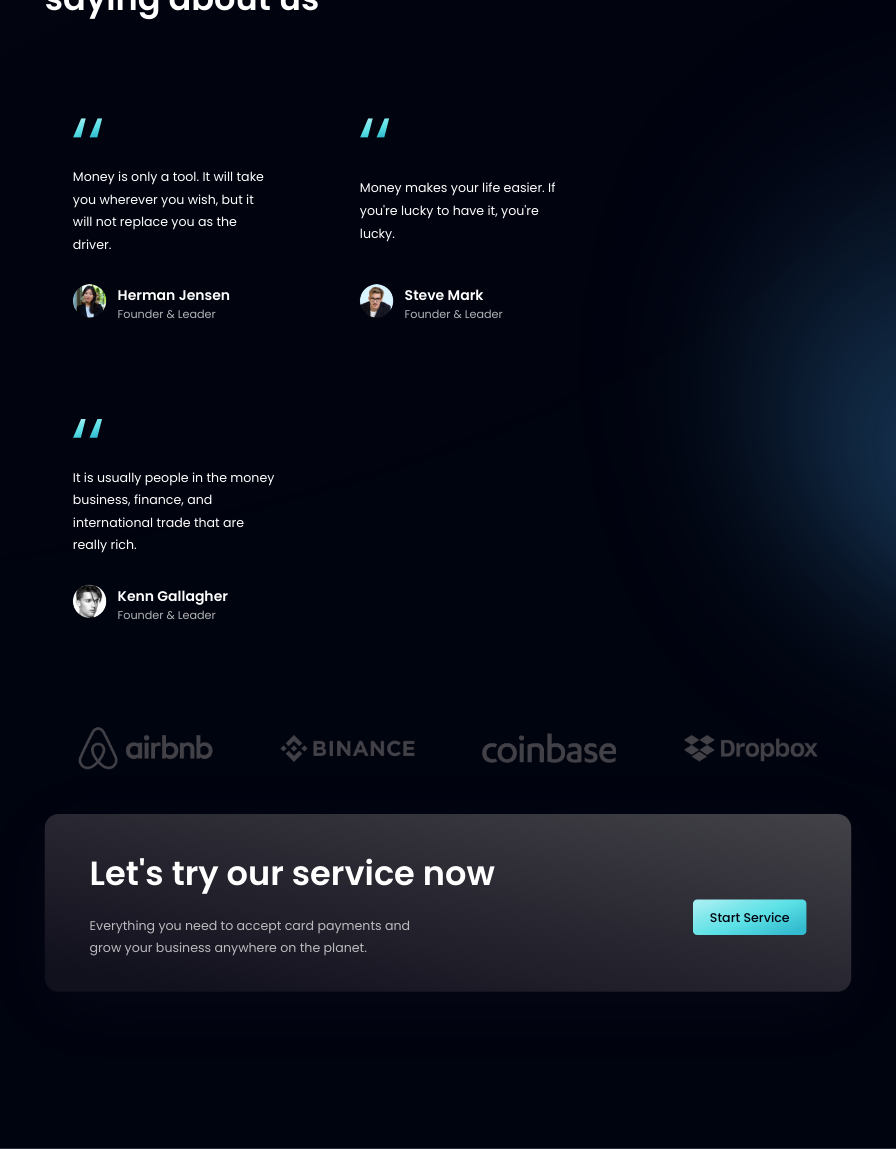
Repository: Carlito-Pedida/modern-app
Page: /
The author's editor kept a copy of each file at every save. The page is drawn from the files as they stood at one save, then again after the next save.
The browser window is 1280 px wide. The pictures show the part of the page from y = 2917 to 4837 px (the page is 4558 px tall before and 4837 px after), at 70% of full size.
The project was rebuilt for these pictures with package versions that can differ from the ones it lists, and the page was loaded fresh each time. Also part of the build but not shown: vite.config.js.

Above is the page before, as saved 2024-11-16 13:15:43.

### src/App.jsx
import styles from "./style";
import {
  Navbar,
  Billing,
  CardDeal,
  Business,
  Clients,
  CTA,
  Stats,
  Footer,
  Testimonials,
  Hero,
} from "./components";

const App = () =>  {
  return (
    <div className="bg-primary w-full overflow-hidden">
      <div className={`${styles.paddingX} ${styles.flexCenter}`}>
        <div className={`${styles.boxWidth} hw-[100%]  rounded fixed top-0 z-10 bg-black-gradient-2`}>
          <Navbar/>
        </div>
      </div>

      <div className={`bg-primary ${styles.flexStart}`}>
        <div className={`${styles.boxWidth}`}>
          <Hero/>
        </div>
      </div>

      <div className={`bg-primary ${styles.paddingX} ${styles.flexStart}`}>
        <div className={`${styles.boxWidth}`}>
          <Stats/>
          <Business/>
          <Billing/>
          <CardDeal/>
          <Testimonials/>
          <Clients/>
          <CTA/>
          <Footer/>
        </div>
      </div>

    </div>
  )
}

export default App

### src/style.js
const styles = {
  boxWidth: "xl:max-w-[1280px] w-full",

  heading2: "font-poppins font-semibold xs:text-[48px] text-[40px] text-white xs:leading-[76.8px] leading-[66.8px] w-full",
  paragraph: "font-poppins font-normal text-dimWhite text-[18px] leading-[30.8px]",

  flexCenter: "flex justify-center items-center",
  flexStart: "flex justify-center items-start",

  paddingX: "sm:px-16 px-6",
  paddingY: "sm:py-16 py-6",
  padding: "sm:px-16 px-6 sm:py-12 py-4",

  marginX: "sm:mx-16 mx-6",
  marginY: "sm:my-16 my-6",
};

export const layout = {
  section: `flex md:flex-row flex-col ${styles.paddingY}`,
  sectionReverse: `flex md:flex-row flex-col-reverse ${styles.paddingY}`,

  sectionImgReverse: `flex-1 flex ${styles.flexCenter} md:mr-10 mr-0 md:mt-0 mt-10 relative`,
  sectionImg: `flex-1 flex ${styles.flexCenter} md:ml-10 ml-0 md:mt-0 mt-10 relative`,

  sectionInfo: `flex-1 ${styles.flexStart} flex-col`,
};

export default styles;

### src/components/index.js
import Navbar from "./Navbar";
import Billing from "./Billing";
import CardDeal from "./CardDeal";
import Business from "./Business";
import Clients from "./Clients";
import CTA from "./CTA";
import Stats from "./Stats";
import Footer from "./Footer";
import Testimonials from "./Testimonials";
import Hero from "./Hero";
import GetStarted from "./GetStarted";
import FeatureCard from "./FeatureCard";

export {
  Navbar,
  Billing,
  CardDeal,
  Business,
  Clients,
  CTA,
  Stats,
  Footer,
  Testimonials,
  Hero,
  GetStarted,
  FeatureCard
};

### src/components/Navbar.jsx
import React, { useState } from "react";
import { close, logo, menu } from "../assets";
import { navLinks } from "../constants";

const Navbar = () => {
  const [toggle, setToggle] = useState(false);

  const handleScroll = (id) => {
    const section = document.getElementById(id);
    if (section) {
      section.scrollIntoView({ behavior: "smooth" });
    }
  };

  return (
    <nav className="w-full flex py-4 px-6 justify-between items-center navbar">
      <img src={logo} alt="hoobank" className="w-[124px] h-[32px]" />

      <ul className="list-none sm:flex hidden justify-end items-center flex-1">
        {navLinks.map((nav, index) => (
          <li
            key={nav.id}
            className={`font-poppins font-normal cursor-pointer text-[16px] ${
              index === navLinks.length - 1 ? "mr-0" : "mr-10"
            } text-white`}
            onClick={() => handleScroll(nav.id)}
          >
            <span>{nav.title}</span>
          </li>
        ))}
      </ul>

      <div className="sm:hidden flex flex-1 justify-end items-center">
        <img
          src={toggle ? close : menu}
          alt="menu"
          className="w-[28px] h-[28px] object-contain"
          onClick={() => setToggle((prev) => !prev)}
        />

        <div
          className={`${
            toggle ? "flex" : "hidden"
          } p-6 bg-black-gradient absolute top-20 right-0 mx-4 my-2 min-w-[140px] rounded-xl sidebar`}
        >
          <ul className="list-none sm:flex flex-col justify-end items-center flex-1">
            {navLinks.map((nav, index) => (
              <li
                key={nav.id}
                className={`font-poppins font-normal cursor-pointer text-[16px] ${
                  index === navLinks.length - 1 ? "mr-0" : "mb-4"
                } text-white`}
                onClick={() => {
                  handleScroll(nav.id);
                  setToggle(false); // Close the menu after clicking
                }}
              >
                <span>{nav.title}</span>
              </li>
            ))}
          </ul>
        </div>
      </div>
    </nav>
  );
};

export default Navbar;

### src/components/Billing.jsx
import { apple, bill, google } from "../assets";
import styles, {layout} from "../style"

const Billing = () => (
    <section id="product" className={layout.sectionReverse}>
      <div className={layout.sectionImgReverse}>
        <img src={bill} alt="billing" className="w-[100%] h-[]100% relative z-[5]" />

        {/* gradient start */}
        <div className="absolute z-[3] -left-1/2 top-0 w-[50%] h-[50%]   rounded-full white__gradient" />
        <div className="absolute z-[0] w-[50%] h-[50%] -left-1/2 bottom-0 rounded-full pink__gradient" />
        {/* gradient end */}
      </div>

      <div className={layout.sectionInfo}>
        <h2 className={styles.heading2}>Easily control your <br className="sm:block hidden"/> billing & invoicing.</h2>
        <p className={`${styles.paragraph} max-w-[470px] mt-5`}>Elit enim sed massa etiam. Mauris eu adipiscing ultrices ametodio aenean neque. Fusce ipsum orci rhoncus aliporttitor integer platea placerat.</p>

        <div className="flex flex-row flex-wrap sm:mt-10 mt-6">

         <img src={apple} alt="applestore" className="w-[128px] h-[42px] object-contain mr-5 cursor-pointer " />

          <img src={google} alt="googleplay" className="w-[128px] h-[42px] object-contain cursor-pointer " />
        </div>
      </div>

    </section>
  )

export default Billing

### src/components/CardDeal.jsx
import {card} from "../assets";
import styles, {layout} from "../style"
import Button from "./Button";


const CardDeal = () => (
    <section className={layout.section}>
      <div className={layout.sectionInfo}>
        <h2 className={styles.heading2}>Find a better card deal <br className="sm:block hidden" /> in a few easy steps.</h2>
        <p className={`${styles.paragraph} max-w-[470px] mt-5x`}>Arcu tortor, purus in mattis at sed integer faucibus. Aliquet quis aliquet eget mauris tortor.ç Aliquet ultrices ac, ametau.</p>

        <Button  styles='mt-10' label='Find Deals' />
      </div>

      <div className={layout.sectionImg}>
        <img src={card} alt="card" className="w-[100%] h-[100%] " />
      </div>
    </section>
  )


export default CardDeal

### src/components/Business.jsx
import { features } from "../constants";
import styles, {layout} from "../style";
import Button from "./Button";
import FeatureCard from "./FeatureCard";

const Business = () => {
  return (
    <section id="features" className={layout.section}>
        <div className={layout.sectionInfo}>
          <h2 className={styles.heading2}>You do the business, <br className="sm:block hidden"/> we'll handle the money.</h2>
          <p className={`${styles.paragraph} max-w-[470px] mt-5`}>With the right credit card, you can improve your financial life by building credit, earning rewards and saving money. But with hundreds of credit cards on the market.</p>
          <Button styles='mt-10' label='Get Started'/>
        </div>

        <div className={`${layout.sectionImg} flex-col`}>
          {features.map((feature, index) => (
            <FeatureCard key={feature.id} {...feature} index={index} />
          ))}
        </div>
    </section>
  )
}

export default Business

### src/components/Clients.jsx
import { clients } from "../constants"
import styles from "../style"

const Clients = () => (
    <section className={`${styles.flexCenter} my-4`}>
      <div className={`${styles.flexCenter} flex-wrap w-full`}>
        {clients.map((client) => (
          <div key={client.id} className={`flex-1 ${styles.flexCenter} sm:min-1-[192px] min-w-[120px] group`}>
            <img src={client.logo} alt="client"className="sm:w-[192px] w-[100px] object-contain  transition-all duration-300 group-hover:brightness-200 group-hover:drop-shadow-[0_4px_10px_rgba(255,255,255,0.7)]" />
          </div>
        ))}
      </div>
    </section>
  )


export default Clients

### src/components/CTA.jsx
import styles from "../style"
import Button from "./Button"


const CTA = () => (
    <section className={`${styles.flexCenter} ${styles.marginY} ${styles.padding} sm:flex-row flex-col bg-black-gradient-2 rounded-[20px] box-shadow`}>
      <div className="flex-1 flex flex-col">
        <h2 className={styles.heading2}>Let's try our service now</h2>
        <p className={`${styles.paragraph} max-w-[470px] mt-5`}>Everything you need to accept card payments and grow your business anywhere on the planet.</p>
      </div>

      <div className={`${styles.flexCenter} sm:ml-10 ml-0 sm:mt-0 mt-10`} >
        <Button   styles='mt-10' label='Start Service' />
      </div>
    </section>
  )


export default CTA

### src/components/Stats.jsx
import { stats } from "../constants";
import styles from "../style";


const Stats = () => (
    <div className={`${styles.flexCenter} flex-row flex-wrap sm:mb-20 mb-6`}>
      {stats.map((stat) => (
        <div key={stat.id} className={`flex-1 flex justify-start items-center flex-row m-3`}>
          <h4 className="font-poppins font-semibold xs:text[40px] text-[30px] xs:leading-[53px] leading-[43px] text-white">{stat.value}</h4>
          <p className="font-poppins font-normal xs:text[20px] text-[15px] xs:leading-[26px] leading-[21px] text-gradient uppercase ml-3">{stat.title}</p>
          </div>
      ))}
    </div>
  )

export default Stats

### src/components/Footer.jsx
import styles from "../style"
import { logo } from "../assets"
import { footerLinks, socialMedia } from "../constants"

const Footer = () =>  (
    <section className={`${styles.flexCenter} ${styles.paddingY} flex-col`}>
      <div className={`${styles.flexStart} md:flex-row flex-col mb-8 w-full`}>
        <div className="flex-1 flex flex-col justify-start mr-10">

        </div>
      </div>
    </section>
  )

export default Footer

### src/components/Testimonials.jsx
import {feedback} from "../constants"
import styles from "../style"
import FeedbackCard from "./FeedbackCard"

const Testimonials = () => (
  <section id="clients" className={`${styles.paddingY} ${styles.flexCenter} flex-col relative `}>
  <div className="absolute z-[0] w-[60%] h-[60%] -right-[50%] rounded-full blue__gradient bottom-40" />

  <div className="w-full flex justify-between items-center md:flex-row flex-col sm:mb-16 mb-6 relative z-[1]">
    <h2 className={styles.heading2}>
      What People are <br className="sm:block hidden" /> saying about us
    </h2>
    <div className="w-full md:mt-0 mt-6">
      <p className={`${styles.paragraph} text-left max-w-[450px]`}>
        Everything you need to accept card payments and grow your business
        anywhere on the planet.
      </p>
    </div>
  </div>

  <div className="flex flex-wrap sm:justify-start justify-center w-full feedback-container relative z-[1]">
    {feedback.map((card) => <FeedbackCard key={card.id} {...card} />)}
  </div>
</section>
  )


export default Testimonials

### src/components/Hero.jsx
import styles from '../style'
import {discount, robot} from '../assets'
import GetStarted from './GetStarted'

const Hero = () => (
    <section id='home' className={`flex md:flex-row flex-col ${styles.paddingY}`}>
        <div className={`flex-1 ${styles.flexStart} flex-col xl:px-0 sm:px-16 px-6`}>
      <div className='flex flex-row items-center py-[6px] px-4 bg-discount-gradient rounded-[10px] mb-2'>
        <img src={discount} alt='discount'
        className='w-[32px] h-[32px]' />
          <p className={`${styles.paragraph} ml-2`}>
          <span className='text-white'>20%</span> Discount For {" "}
          <span className='text-white'>1 Month</span> Account
        </p>
      </div>

      <div className='flex flex-row justify-between items-center w-full'>
        <h1 className='flex-1 font-poppins font-semibold ss:text-[72px] text-[52px] text-white ss:leading-[100.8px] leading-[75px]'>
          The Next <br className='"sm:block hidden'/>
          <span className='text-gradient'>Generation</span>
        </h1>

        <div className='ss:flex hidden md:mr-4 mr-0'>
          <GetStarted />
        </div>
      </div>

      <h1 className='font-poppins font-semibold ss:text-[68px] text-[52px] text-white ss:leading-[100.8px] leading-[75px] w-full'>Payment Method</h1>

      <p className={`${styles.paragraph} max-w-[470px] mt-5`}>Our team of experts uses a methodology to identify the credit cards most likely to fit your needs.
      We examine annual percentage rates, annual fees.</p>
        </div>

        <div className={`flex-1 flex ${styles.flexCenter} md:my-0 my-10 relative`}>
          <img src={robot} alt='billing' className='w-[100%] h-[100%] mt-5 relative z-[5]'/>

           {/* gradient start */}
        <div className="absolute z-[0] w-[40%] h-[35%] top-0 pink__gradient" />
        <div className="absolute z-[1] w-[80%] h-[80%] rounded-full white__gradient bottom-40" />
        <div className="absolute z-[0] w-[50%] h-[50%] right-20 bottom-20 blue__gradient" />
        {/* gradient end */}
        </div>

        <div className={`ss:hidden ${styles.flexCenter}`}>
        <GetStarted />
      </div>
    </section>
  )


export default Hero

### src/components/GetStarted.jsx
import styles from "../style"
import { arrowUp } from "../assets"

const GetStarted = () => (
    <div className={`${styles.flexCenter} w-[140px] h-[140px] rounded-full bg-blue-gradient p-[2px] cursor-pointer`}>
      <div className={`${styles.flexCenter} flex-col bg-primary w-[100%] h-[100%] rounded-full`} >
        <div className={`${styles.flexStart} flex-row`}>
          <p className="font-poppins font-medium text-[18px] leading-[23px] mr-2">
            <span className="text-gradient">Get</span>
          </p>
          <img src={arrowUp} alt="arrow" className="w-[23px] h-[23px] object-contain"/>
        </div>
        <p className="font-poppins font-medium text-[18px] leading-[23px]">
            <span className="text-gradient">Started</span>
          </p>
      </div>
    </div>
  )


export default GetStarted

### src/components/FeatureCard.jsx
import styles from "../style";
import { features } from "../constants";

const FeatureCard = ({ icon, title, content, index }) =>
  ( <div className={`flex flex-row p-6 rounded-[20px] ${index !== features.length - 1 ? "mb-6" : "mb-0"} feature-card`}>
      <div className={`w-[64px] h-[64px] rounded-full ${styles.flexCenter} bg-dimBlue`}>
        <img src={icon} alt="star" className="w-[50%] h-[50%] object-contain" />
      </div>
      <div className="flex-1 flex flex-col ml-3">
        <h4 className="font-poppins font-semibold text-white text-[18px] leading-[23.4px] mb-1">
          {title}
        </h4>
        <p className="font-poppins font-normal text-dimWhite text-[16px] leading-[24px]">
          {content}
        </p>
      </div>
    </div>
  )
export default FeatureCard

### src/assets/index.js
import airbnb from "./airbnb.png";
import bill from "./bill.png";
import binance from "./binance.png";
import card from "./card.png";
import coinbase from "./coinbase.png";
import dropbox from "./dropbox.png";
import logo from "./logo.svg";
import quotes from "./quotes.svg";
import robot from "./robot.png";
import send from "./Send.svg";
import shield from "./Shield.svg";
import star from "./Star.svg";
import menu from "./menu.svg";
import close from "./close.svg";
import google from "./google.svg";
import apple from "./apple.svg";
import arrowUp from "./arrow-up.svg";
import discount from "./Discount.svg";
import facebook from "./facebook.svg";
import instagram from "./instagram.svg";
import linkedin from "./linkedin.svg";
import twitter from "./twitter.svg";
import people01 from "./people01.png";
import people02 from "./people02.png";
import people03 from "./people03.png";

export {
  airbnb,
  bill,
  binance,
  card,
  coinbase,
  dropbox,
  logo,
  quotes,
  robot,
  send,
  shield,
  star,
  menu,
  close,
  google,
  apple,
  arrowUp,
  discount,
  facebook,
  instagram,
  linkedin,
  twitter,
  people01,
  people02,
  people03,
};

### src/components/Button.jsx
import React from 'react'

const Button = ({styles, label}) => {
  return (
    <button type='button' className={`py-3 px-6 bg-blue-gradient font-poppins font-medium text-[18px] text-primary outline-none rounded-md ${styles}`}>{label}</button>
  )
}

export default Button

### src/components/FeedbackCard.jsx
import { quotes } from "../assets";

const FeedbackCard = ({ content, name, title, img }) => (
  <div className="flex justify-between flex-col px-10 py-12 rounded-[20px]  max-w-[370px] md:mr-10 sm:mr-5 mr-0 my-5 feedback-card">
    <img src={quotes} alt="double_quotes" className="w-[42.6px] h-[27.6px] object-contain" />
    <p className="font-poppins font-normal text-[18px] leading-[32.4px] text-white my-10">
      {content}
    </p>

    <div className="flex flex-row">
      <img src={img} alt={name} className="w-[48px] h-[48px] rounded-full" />
      <div className="flex flex-col ml-4">
        <h4 className="font-poppins font-semibold text-[20px] leading-[32px] text-white">
          {name}
        </h4>
        <p className="font-poppins font-normal text-[16px] leading-[24px] text-dimWhite">
          {title}
        </p>
      </div>
    </div>
  </div>
);


export default FeedbackCard;

### tailwind.config.js
/** @type {import('tailwindcss').Config} */
module.exports = {
  content: ["./index.html", "./src/**/*.{js,jsx}"],
  mode: "jit",
  theme: {
    extend: {
      colors: {
        primary: "#00040f",
        secondary: "#00f6ff",
        dimWhite: "rgba(255, 255, 255, 0.7)",
        dimBlue: "rgba(9, 151, 124, 0.1)"
      },
      fontFamily: {
        poppins: ["Poppins", "sans-serif"]
      }
    },
    screens: {
      xs: "480px",
      ss: "620px",
      sm: "768px",
      md: "1060px",
      lg: "1200px",
      xl: "1700px"
    }
  },
  plugins: []
};

Loaded but not shown: index.html (common file); src/main.jsx (common file); src/index.css (common file); src/constants/index.js (197 lines, source omitted)

After the next save:
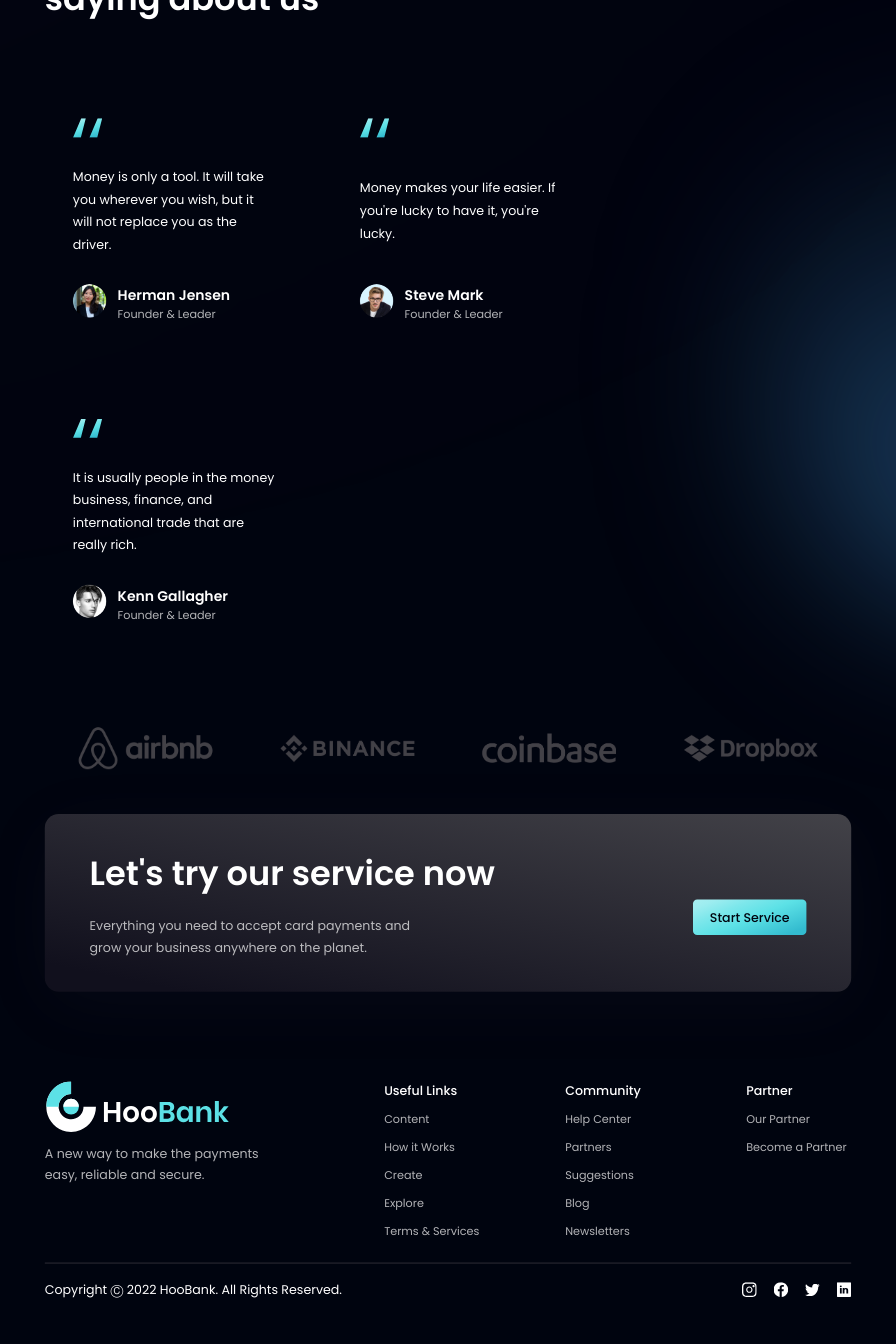
Saved 44 s later.
--- a/src/components/Footer.jsx
+++ b/src/components/Footer.jsx
@@ -3,13 +3,62 @@
 import { footerLinks, socialMedia } from "../constants"
 
 const Footer = () =>  (
-    <section className={`${styles.flexCenter} ${styles.paddingY} flex-col`}>
-      <div className={`${styles.flexStart} md:flex-row flex-col mb-8 w-full`}>
-        <div className="flex-1 flex flex-col justify-start mr-10">
+  <section className={`${styles.flexCenter} ${styles.paddingY} flex-col`}>
+  <div className={`${styles.flexStart} md:flex-row flex-col mb-8 w-full`}>
+    <div className="flex-[1] flex flex-col justify-start mr-10">
+      <img
+        src={logo}
+        alt="hoobank"
+        className="w-[266px] h-[72.14px] object-contain"
+      />
+      <p className={`${styles.paragraph} mt-4 max-w-[312px]`}>
+        A new way to make the payments easy, reliable and secure.
+      </p>
+    </div>
 
+    <div className="flex-[1.5] w-full flex flex-row justify-between flex-wrap md:mt-0 mt-10">
+      {footerLinks.map((footerlink) => (
+        <div key={footerlink.title} className={`flex flex-col ss:my-0 my-4 min-w-[150px]`}>
+          <h4 className="font-poppins font-medium text-[18px] leading-[27px] text-white">
+            {footerlink.title}
+          </h4>
+          <ul className="list-none mt-4">
+            {footerlink.links.map((link, index) => (
+              <li
+                key={link.name}
+                className={`font-poppins font-normal text-[16px] leading-[24px] text-dimWhite hover:text-secondary cursor-pointer ${
+                  index !== footerlink.links.length - 1 ? "mb-4" : "mb-0"
+                }`}
+              >
+                {link.name}
+              </li>
+            ))}
+          </ul>
         </div>
-      </div>
-    </section>
+      ))}
+    </div>
+  </div>
+
+  <div className="w-full flex justify-between items-center md:flex-row flex-col pt-6 border-t-[1px] border-t-[#3F3E45]">
+    <p className="font-poppins font-normal text-center text-[18px] leading-[27px] text-white">
+      Copyright Ⓒ 2022 HooBank. All Rights Reserved.
+    </p>
+
+    <div className="flex flex-row md:mt-0 mt-6">
+      {socialMedia.map((social, index) => (
+        <img
+          key={social.id}
+          src={social.icon}
+          alt={social.id}
+          className={`w-[21px] h-[21px] object-contain cursor-pointer ${
+            index !== socialMedia.length - 1 ? "mr-6" : "mr-0"
+          }`}
+          onClick={() => window.open(social.link)}
+        />
+      ))}
+    </div>
+  </div>
+</section>
   )
 
 export default Footer
